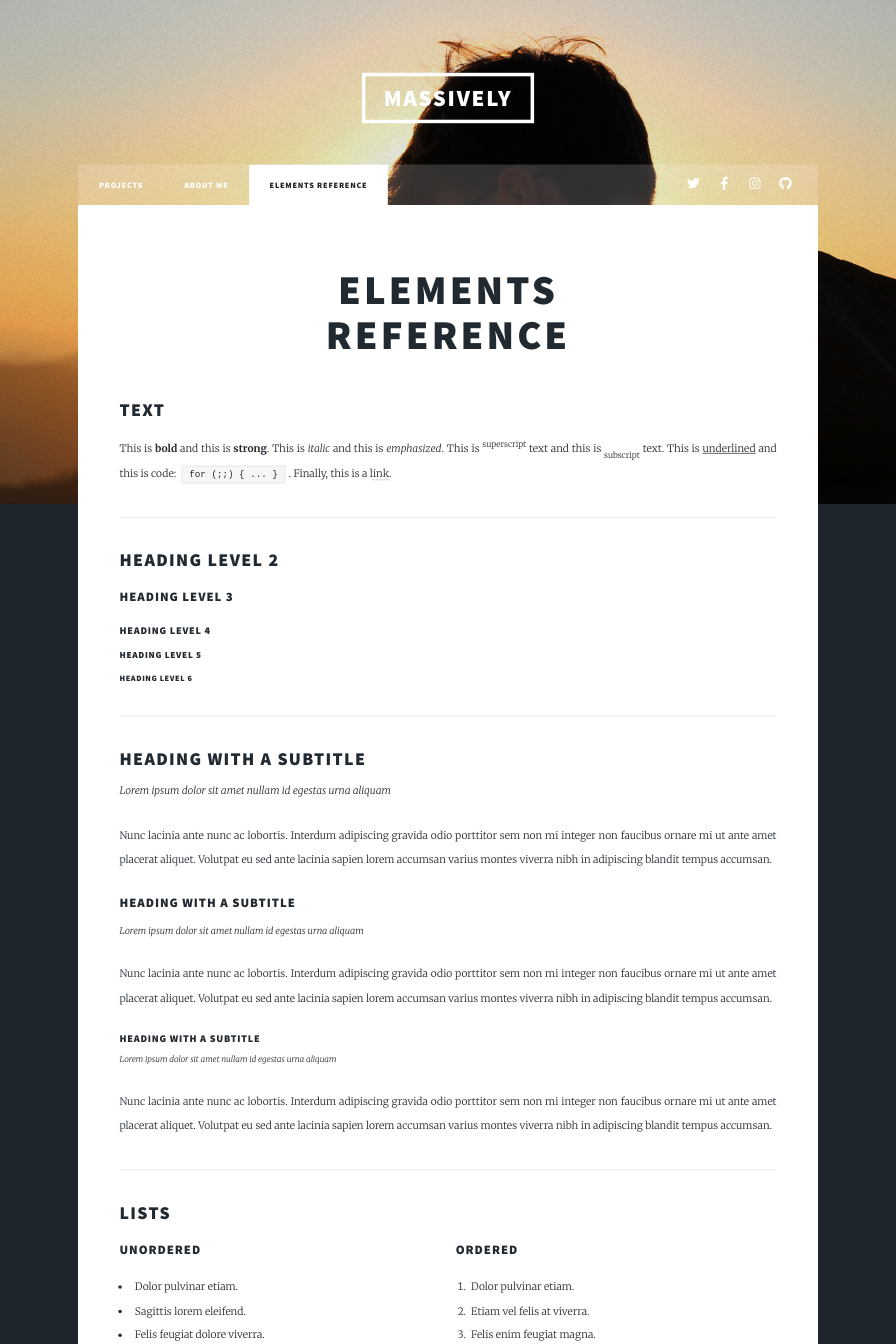
Repository: ciaranscan6/PersonalWebsite
Page: hobbies-and-ach.html
The author's editor kept a copy of each file at every save. The page is drawn from the files as they stood at one save, then again after the next save.
The browser window is 1280 px wide. The pictures show the part of the page from y = 0 to 1920 px (the page is 9480 px tall before and 9415 px after), at 70% of full size.

Above is the page before, as saved 2025-11-22 04:14:34.

After the next save:
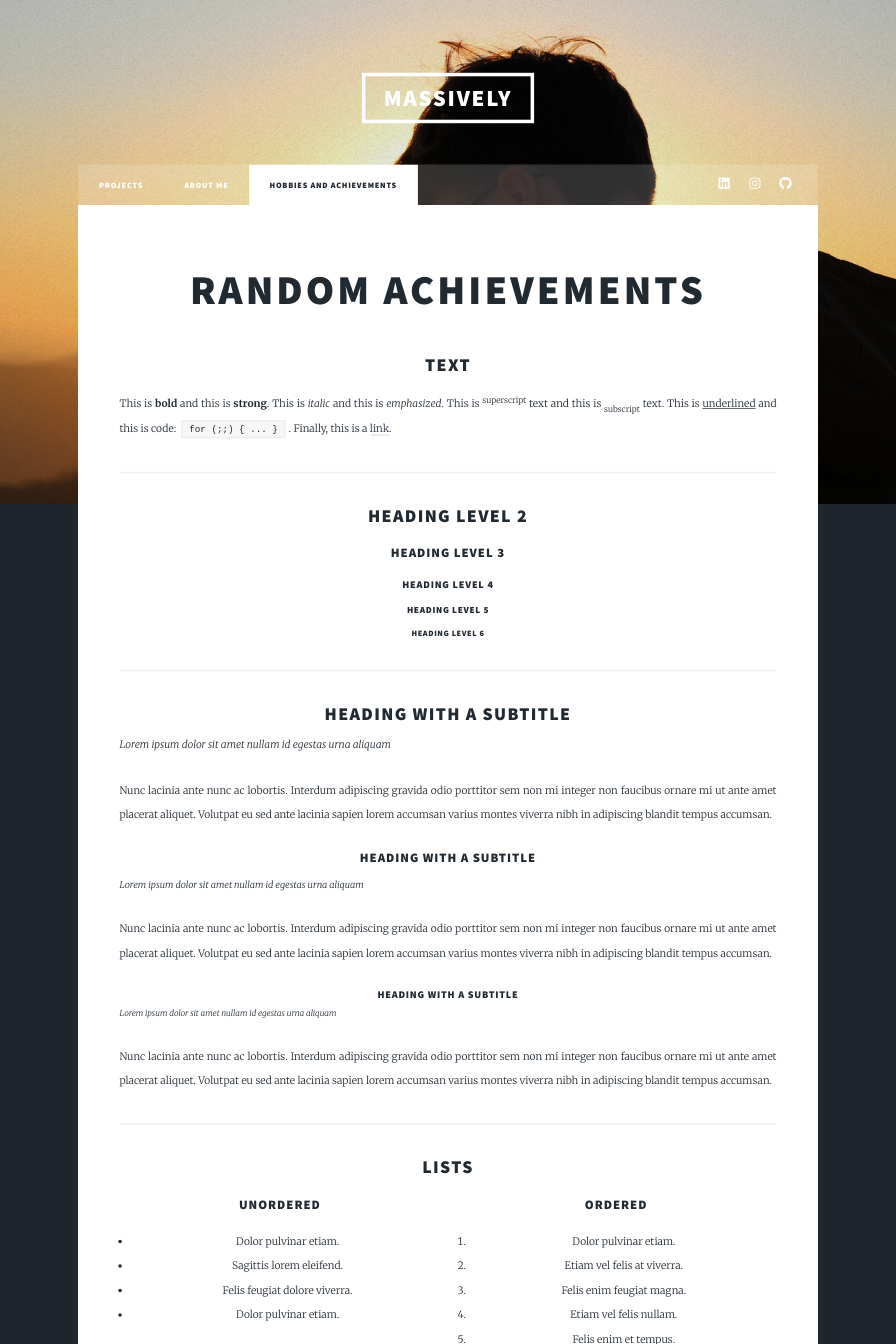
Saved 3 min 5 s later.
--- a/hobbies-and-ach.html
+++ b/hobbies-and-ach.html
@@ -27,11 +27,10 @@
 						<ul class="links">
 							<li><a href="index.html">Projects</a></li>
 							<li><a href="about-me.html">About Me</a></li>
-							<li class="active"><a href="elements.html">Elements Reference</a></li>
+							<li class="active"><a href="hobbies-and-ach.html">Hobbies and Achievements</a></li>
 						</ul>
 						<ul class="icons">
-							<li><a href="#" class="icon brands fa-twitter"><span class="label">Twitter</span></a></li>
-							<li><a href="#" class="icon brands fa-facebook-f"><span class="label">Facebook</span></a></li>
+							<li><a href="#" class="icon brands fa-linkedin"><span class="label">LinkedIn</span></a></li>
 							<li><a href="#" class="icon brands fa-instagram"><span class="label">Instagram</span></a></li>
 							<li><a href="#" class="icon brands fa-github"><span class="label">GitHub</span></a></li>
 						</ul>
@@ -41,10 +40,9 @@
 					<div id="main">
 
 						<!-- Post -->
-							<section class="post">
+							<section class="post featured">
 								<header class="major">
-									<h1>Elements<br />
-									Reference</h1>
+									<h1>Random Achievements</h1>
 								</header>
 
 								<!-- Text stuff -->
